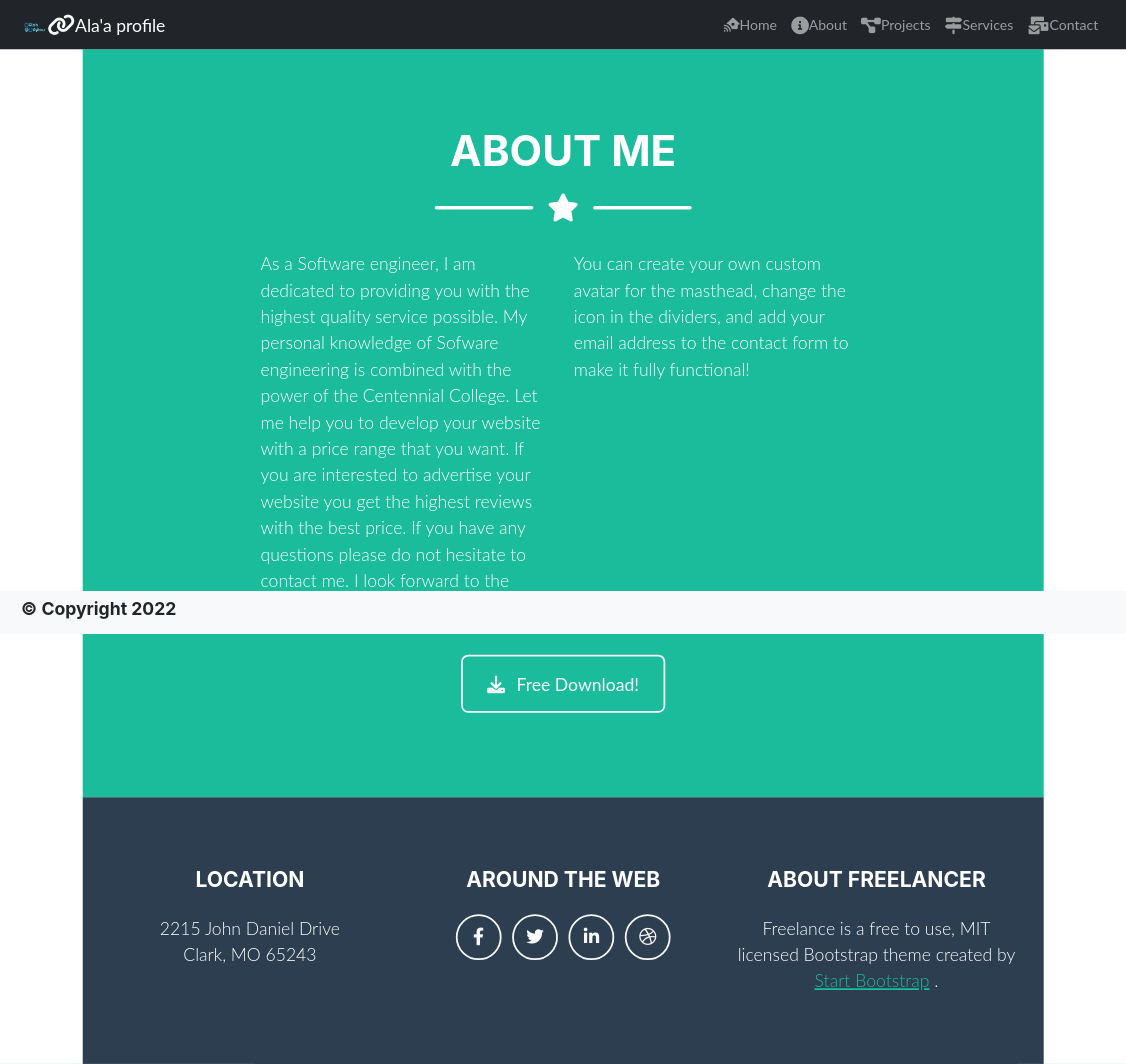
Repository: alaakhdour/heroukulivesite-section1
Page: http://localhost/about
An editor plug-in stored every save of this project. The page is shown before and after the next save, followed by the edit.
The browser window is 1280 px wide. The pictures show the whole page, at 88% of full size.
The page is served by the project's Node server (server.js). Other server files are loaded and not shown.

Above is the page before, as saved 2022-06-17 08:43:18.

### Server/Views/index.ejs

<!DOCTYPE html>
<html lang="en">
<head>
    <meta charset="UTF-8">
    <meta http-equiv="X-UA-Compatible" content="IE=edge">
    <meta name="viewport" content="width=device-width, initial-scale=1.0">
    <title><%= title %></title>
    <!-- CSS Section -->
    <link rel="stylesheet" href="./bootstrap/dist/css/bootstrap.min.css">
    <link rel="stylesheet" href="./@fortawsome/fontawesome-free/css/all.min.css">
    <link rel="stylesheet" href="./Content/app.css">
    <link rel="stylesheet" href="./Content/styles.css">
</head>
<body>
    <!-- Main Navigation Section -->
    <header>
        <%- include('./components/header.ejs'); %>
    </header>

    <!-- Content Section-->
    <main>
        <%- include('content/' + page + '.ejs'); %>

    </main>

    <!-- Site-wide footer-->
    <footer>
        <%- include('components/footer.ejs'); %>
    </footer>

    <!-- JavaScript Section -->
    <script src="./jquery/dist/jquery.min.js"></script>
    <script src="./bootstrap/dist/js/bootstrap.min.js"></script>
    <script src="./@fortawesome/fontawesome-free/js/all.min.js"></script>
    <script src="./Scripts/app.js"></script>
</body>
</html>

### Server/Views/components/header.ejs
<nav class="navbar navbar-expand-lg navbar-dark bg-dark">
    <div class="container-fluid">
      <a class="navbar-brand" href="/"> <img src="./Assets/images/logo.png" alt="" width="30" height="24"><i class="fa-solid fa-link fa-lg"></i>Ala'a profile</a>
      <button class="navbar-toggler" type="button" data-bs-toggle="collapse" data-bs-target="#navbarSupportedContent" aria-controls="navbarSupportedContent" aria-expanded="false" aria-label="Toggle navigation">
        <span class="navbar-toggler-icon"></span>
      </button>
      <div class="collapse navbar-collapse" id="navbarSupportedContent">
        <ul class="navbar-nav ms-auto mb-2 mb-lg-0">
          <li class="nav-item">
            <a class="nav-link" aria-current="page" href="/home"><i class="fa-solid fa-house-signal"></i>Home</a>
          </li>

          <li class="nav-item">
            <a class="nav-link" aria-current="page" href="/about"><i class="fa-solid fa-circle-info fa-lg"></i>About</a>
          </li>

          <li class="nav-item">
            <a class="nav-link" aria-current="page" href="/projects"><i class="fa-solid fa-diagram-project fa-lg"></i>Projects</a>
          </li>

          <li class="nav-item">
            <a class="nav-link" aria-current="page" href="/services"><i class="fa-solid fa-signs-post fa-lg"></i>Services</a>
          </li>

          <li class="nav-item">
            <a class="nav-link" aria-current="page" href="/contact"><i class="fa-solid fa-envelopes-bulk fa-lg"></i>Contact </a>
          </li>


        </ul>
      </div>
    </div>
  </nav>

### Server/Views/content/about.ejs
<div class="container">


    <!-- About Section-->
    <section class="page-section bg-primary text-white mb-0" id="about">
        <div class="container">
            <!-- About Section Heading-->
            <h2 class="page-section-heading text-center text-uppercase text-white">About ME</h2>
            <!-- Icon Divider-->
            <div class="divider-custom divider-light">
                <div class="divider-custom-line"></div>
                <div class="divider-custom-icon"><i class="fas fa-star"></i></div>
                <div class="divider-custom-line"></div>
            </div>
            <!-- About Section Content-->
            <div class="row">
                <div class="col-lg-4 ms-auto"><p class="lead">As a Software engineer, I am dedicated to providing you with the highest quality service possible. My personal knowledge of Sofware engineering is combined with the power of the Centennial College. Let me help you to develop your website with a price range that you want. If you are interested to advertise your website you get the highest reviews with the best price. If you have any questions please do not hesitate to contact me. I look forward to the opportunity of working for you!</p></div>
                <div class="col-lg-4 me-auto"><p class="lead">You can create your own custom avatar for the masthead, change the icon in the dividers, and add your email address to the contact form to make it fully functional!</p></div>
            </div>
            <!-- About Section Button-->
            <div class="text-center mt-4">
                <a class="btn btn-xl btn-outline-light" href="https://startbootstrap.com/theme/freelancer/">
                    <i class="fas fa-download me-2"></i>
                    Free Download!
                </a>
            </div>
        </div>
    </section>

    <!-- Footer-->
    <footer class="footer text-center">
        <div class="container">
            <div class="row">
                <!-- Footer Location-->
                <div class="col-lg-4 mb-5 mb-lg-0">
                    <h4 class="text-uppercase mb-4">Location</h4>
                    <p class="lead mb-0">
                        2215 John Daniel Drive
                        <br />
                        Clark, MO 65243
                    </p>
                </div>
                <!-- Footer Social Icons-->
                <div class="col-lg-4 mb-5 mb-lg-0">
                    <h4 class="text-uppercase mb-4">Around the Web</h4>
                    <a class="btn btn-outline-light btn-social mx-1" href="#!"><i class="fab fa-fw fa-facebook-f"></i></a>
                    <a class="btn btn-outline-light btn-social mx-1" href="#!"><i class="fab fa-fw fa-twitter"></i></a>
                    <a class="btn btn-outline-light btn-social mx-1" href="#!"><i class="fab fa-fw fa-linkedin-in"></i></a>
                    <a class="btn btn-outline-light btn-social mx-1" href="#!"><i class="fab fa-fw fa-dribbble"></i></a>
                </div>
                <!-- Footer About Text-->
                <div class="col-lg-4">
                    <h4 class="text-uppercase mb-4">About Freelancer</h4>
                    <p class="lead mb-0">
                        Freelance is a free to use, MIT licensed Bootstrap theme created by
                        <a href="http://startbootstrap.com">Start Bootstrap</a>
                        .
                    </p>
                </div>
            </div>
        </div>
    </footer>
</div>

### Server/Views/components/footer.ejs
<nav class="navbar fixed-bottom bg-light">
    <div class="container-fluid">
      <h5 id="copyright">&copy; Copyright 2022</h5>
    </div>
  </nav>

### server.js
"use strict";
var __importDefault = (this && this.__importDefault) || function (mod) {
    return (mod && mod.__esModule) ? mod : { "default": mod };
};
Object.defineProperty(exports, "__esModule", { value: true });
const app_1 = __importDefault(require("./Server/Config/app"));
const debug_1 = __importDefault(require("debug"));
(0, debug_1.default)('week4:server');
const http_1 = __importDefault(require("http"));
const port = normalizePort(process.env.PORT || '3000');
app_1.default.set('port', port);
const server = http_1.default.createServer(app_1.default);
server.listen(port);
server.on('error', onError);
server.on('listening', onListening);
function normalizePort(val) {
    let port = parseInt(val, 10);
    if (isNaN(port)) {
        return val;
    }
    if (port >= 0) {
        return port;
    }
    return false;
}
function onError(error) {
    if (error.syscall !== 'listen') {
        throw error;
    }
    let bind = typeof port === 'string'
        ? 'Pipe ' + port
        : 'Port ' + port;
    switch (error.code) {
        case 'EACCES':
            console.error(bind + ' requires elevated privileges');
            process.exit(1);
            break;
        case 'EADDRINUSE':
            console.error(bind + ' is already in use');
            process.exit(1);
            break;
        default:
            throw error;
    }
}
function onListening() {
    let addr = server.address();
    let bind = 'pipe ' + addr;
    (0, debug_1.default)('Listening on ' + bind);
}
//# sourceMappingURL=server.js.map

### Server/Routes/index.js
"use strict";
var __importDefault = (this && this.__importDefault) || function (mod) {
    return (mod && mod.__esModule) ? mod : { "default": mod };
};
Object.defineProperty(exports, "__esModule", { value: true });
const express_1 = __importDefault(require("express"));
const router = express_1.default.Router();
router.get('/', function (req, res, next) {
    res.render('index', { title: 'Home', page: 'home' });
});
router.get('/home', function (req, res, next) {
    res.render('index', { title: 'Home', page: 'home' });
});
router.get('/about', function (req, res, next) {
    res.render('index', { title: 'About Us', page: 'about' });
});
router.get('/projects', function (req, res, next) {
    res.render('index', { title: 'My Projects', page: 'projects' });
});
router.get('/services', function (req, res, next) {
    res.render('index', { title: 'My services', page: 'services' });
});
router.get('/contact', function (req, res, next) {
    res.render('index', { title: 'contact us', page: 'contact' });
});
exports.default = router;
//# sourceMappingURL=index.js.map

### Client/data/data.json
{
    "FullName": "AlaaAlkhdour",
    "ContactNumber": "999999999999",
    "EmailAddress": "ala@example.com"
}

### content/app.css
h1
{
    font-size: 70px;
    font-family: Verdana, Geneva, Tahoma, sans-serif;
}

### scripts/app.js
//IIFE
(function()
{

    function Start()
    {
        console.log("App Started!");

        // use AJAX to read JSON file

        // Step 1: Create a new XHR object
        let XHR = new XMLHttpRequest();

        // Step 2: Create the request
        XHR.open("GET", "../data/data.json");

        // Step 3: Send the request
        XHR.send();

        // Step 4: create an event listener/handler
        XHR.addEventListener("readystatechange", function()
        {
            if(XHR.readyState == 4 && XHR.status == 200)
            {
                console.log("JSON Data:");
                console.log("===========");
                console.log(XHR.responseText);
            }
        });
    }

    window.addEventListener("load", Start);

})();

Loaded but not shown: Client/content/styles.css (library)

After the next save:
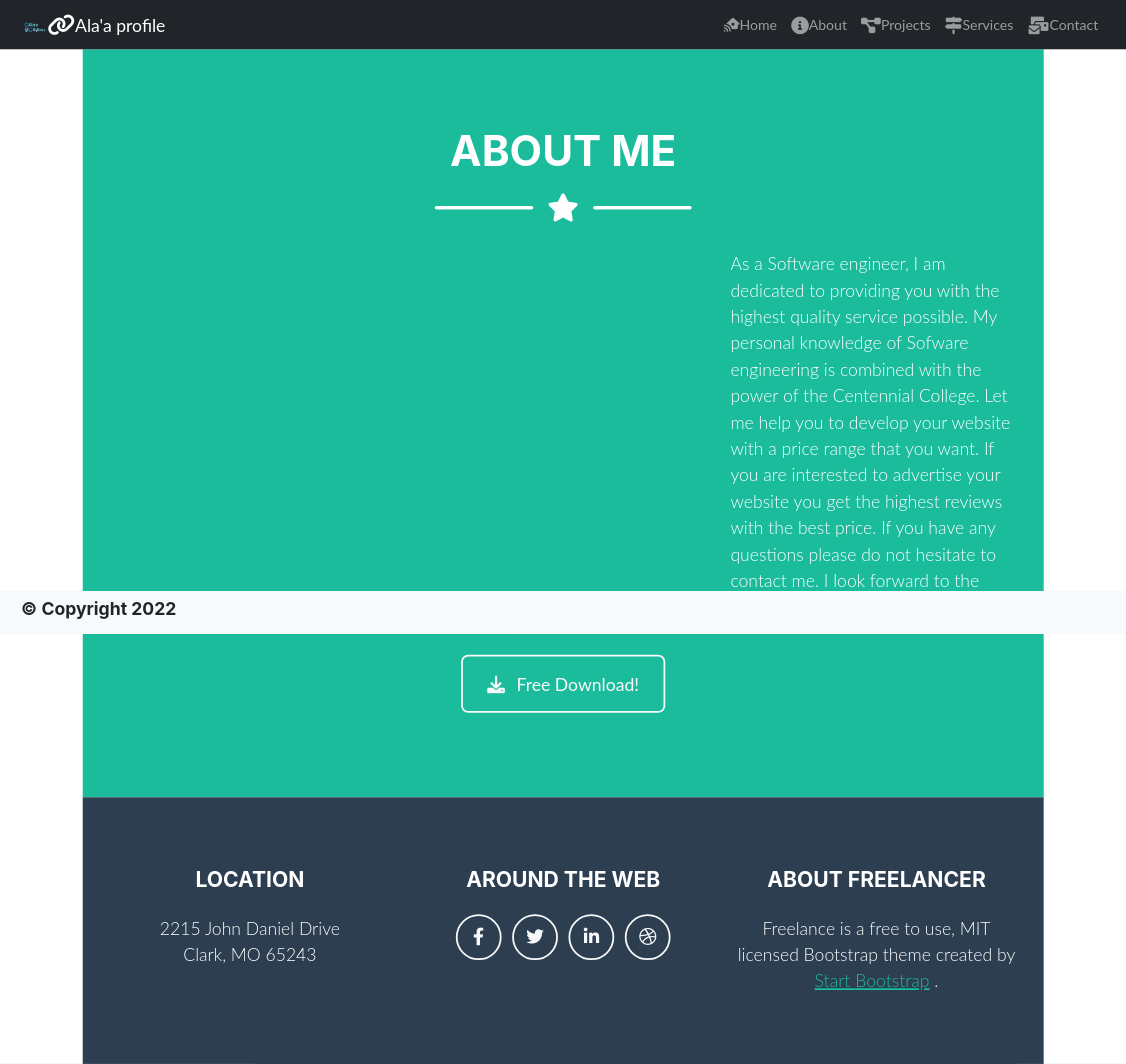
Saved 7 s later.
--- a/Server/Views/content/about.ejs
+++ b/Server/Views/content/about.ejs
@@ -15,7 +15,7 @@
             <!-- About Section Content-->
             <div class="row">
                 <div class="col-lg-4 ms-auto"><p class="lead">As a Software engineer, I am dedicated to providing you with the highest quality service possible. My personal knowledge of Sofware engineering is combined with the power of the Centennial College. Let me help you to develop your website with a price range that you want. If you are interested to advertise your website you get the highest reviews with the best price. If you have any questions please do not hesitate to contact me. I look forward to the opportunity of working for you!</p></div>
-                <div class="col-lg-4 me-auto"><p class="lead">You can create your own custom avatar for the masthead, change the icon in the dividers, and add your email address to the contact form to make it fully functional!</p></div>
+
             </div>
             <!-- About Section Button-->
             <div class="text-center mt-4">
